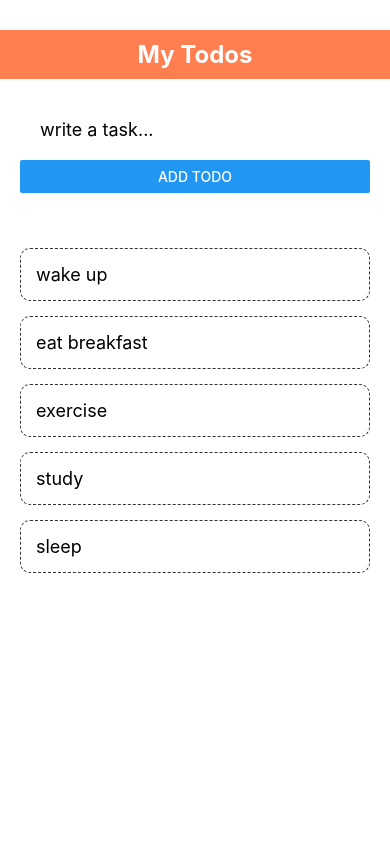
Repository: shiv0403/React-native-tutorial
Screen: /
These files come from the project's save history. The screen is drawn as it stood at one moment and after the next save; the edit follows.
The app was drawn by React Native's web renderer in a window 390 px wide. The project was rebuilt for these pictures with package versions that can differ from the ones it lists, and the page was loaded fresh each time.

Above is the screen before, as saved 2021-02-11 09:49:19.

After the next save:
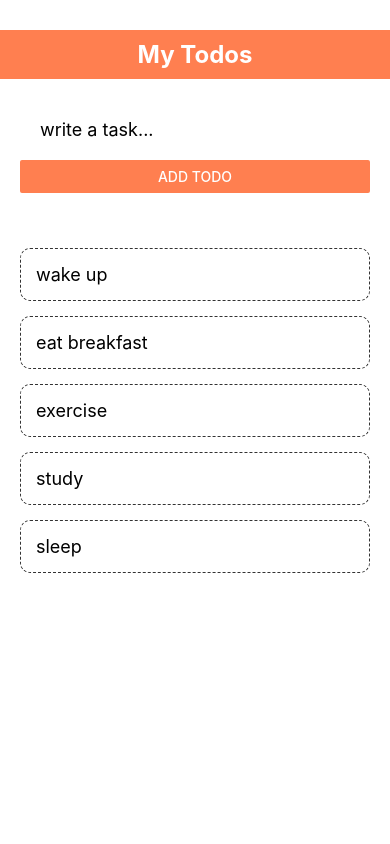
Saved 24 s later.
--- a/components/AddTodo.js
+++ b/components/AddTodo.js
@@ -11,7 +11,7 @@ export default function AddTodo() {
         placeholder="write a task..."
         onChangeText={(val) => setText(val)}
       />
-      <Button style={styles.todoButton} title="Add Todo" />
+      <Button title="Add Todo" color="coral" />
     </View>
   );
 }
@@ -25,8 +25,4 @@ const styles = StyleSheet.create({
     fontSize: 18,
     padding: 20,
   },
-  todoButton: {
-    backgroundColor: "coral",
-    width: 200,
-  },
 });
